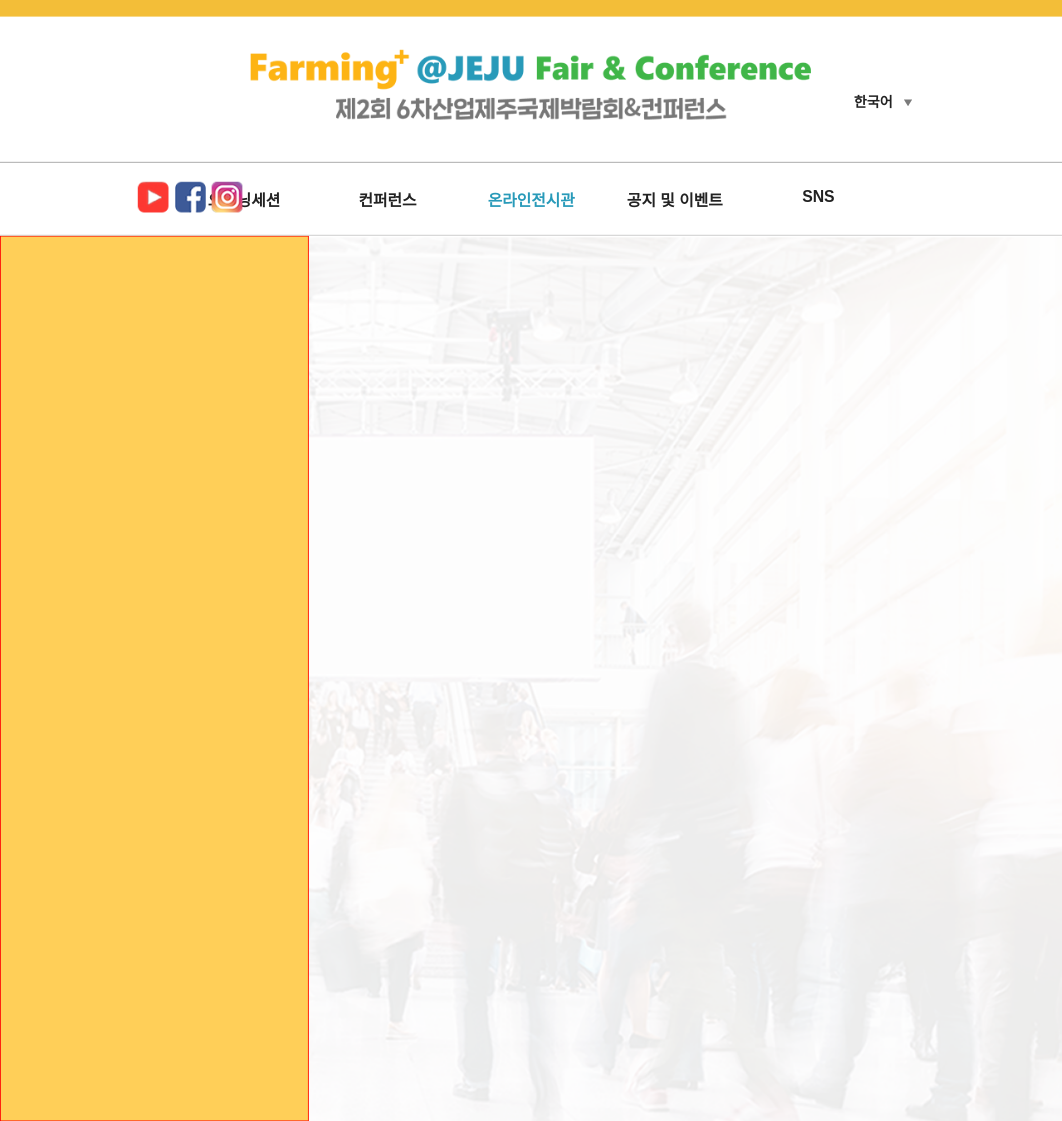
Repository: dfd1123/jeju
Page: public/html/online_exhibition.html
The author's editor kept a copy of each file at every save. The page is drawn from the files as they stood at one save, then again after the next save.
The browser window is 1280 px wide. The pictures show the whole page, at 83% of full size.
Some web fonts or font styles are not loaded; a fallback is used.

Above is the page before, as saved 2020-10-19 20:30:04.

After the next save:
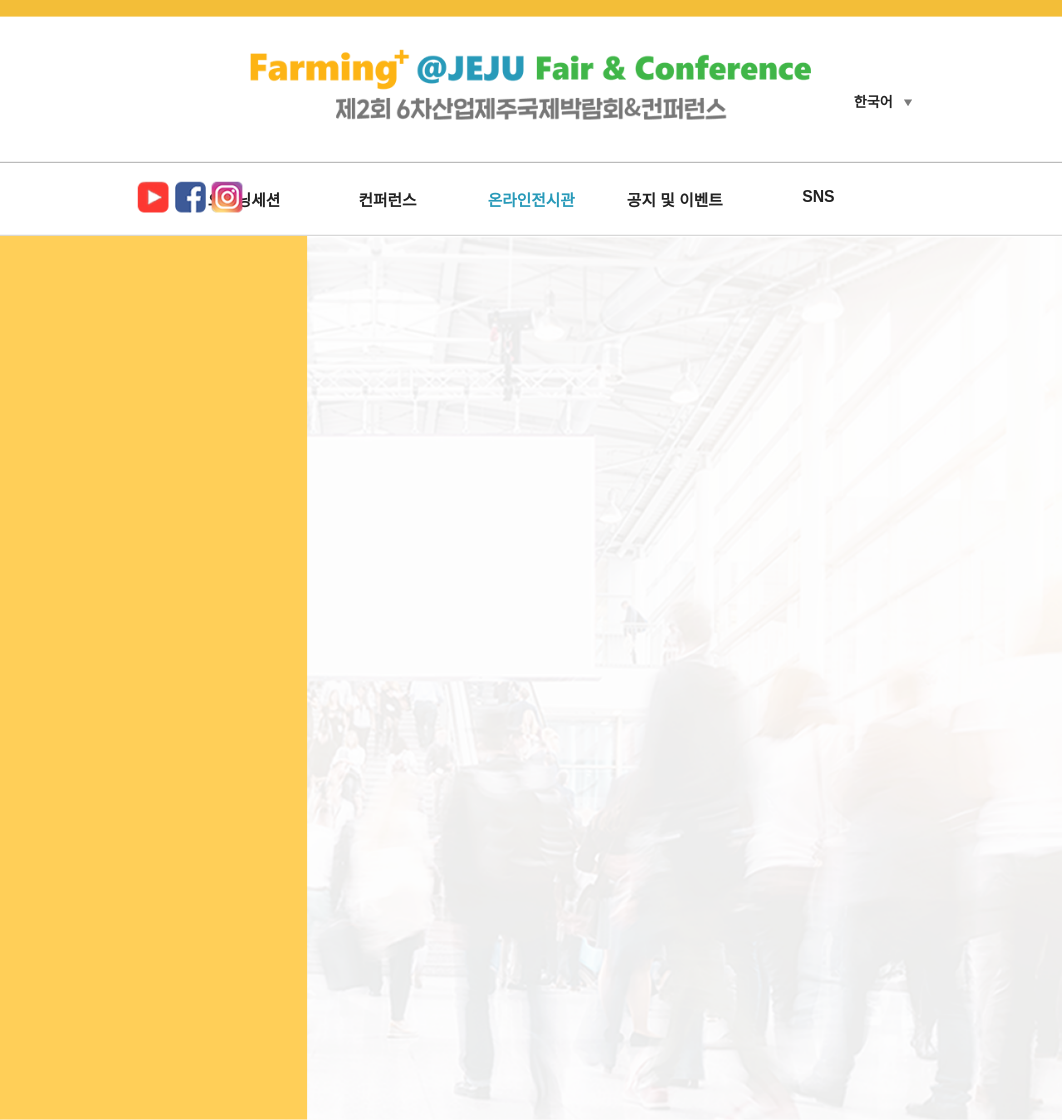
Saved 11 s later.
--- a/public/css/home.css
+++ b/public/css/home.css
@@ -43,5 +43,5 @@
 #ex_container .right img{right:-370px;transform:perspective(500px) rotateY(-10deg);-ms-transform:perspective(500px) rotateY(-10deg);-webkit-transform:perspective(500px) rotateY(-10deg)}
 
 #on_ex_container{position:relative;overflow:hidden;width:100%;margin:0 auto;text-align:center;background:url(/img/bg_onexh.png) no-repeat right top;min-height:1065px;background-size:auto 100%}
-#on_ex_container .left_section{position:relative;float:left;width:30%;min-height:1065px;max-width:370px;background-color:#ffcf58;border:1px solid red;overflow:hidden;}
+#on_ex_container .left_section{position:relative;float:left;width:30%;min-height:1065px;max-width:370px;background-color:#ffcf58;overflow:hidden;}
 #on_ex_container .right_section{float:left;width:70%;max-width:370px;}
